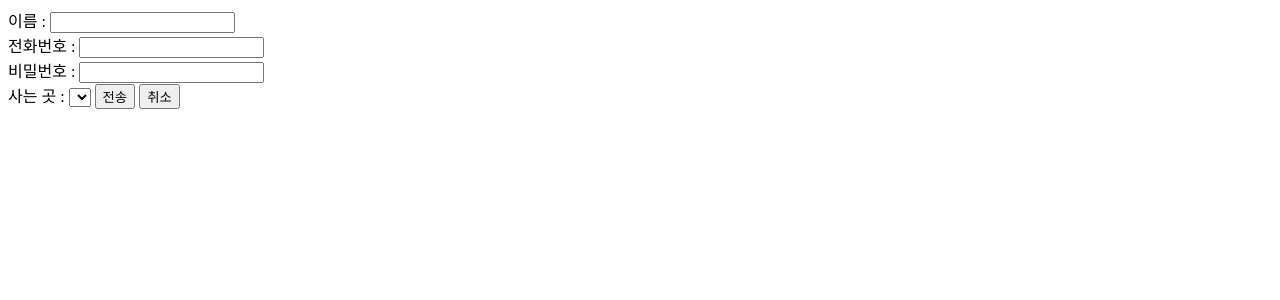
Repository: sungeunbyeol/Nowon-ezen-jsp
Page: test/WebContent/test10.html
An editor plug-in stored every save of this project. The page is shown before and after the next save, followed by the edit.
The browser window is 1280 px wide. The pictures show the whole page.

Above is the page before, as saved 2021-11-02 06:11:56.

### test/WebContent/test10.html
<!DOCTYPE html>
<html>
<head>
<meta charset="EUC-KR">
<title>Insert title here</title>
</head>
<body>
	<form name="f" action="result.jsp" method="post">
		이름 : <input type="text" name="name"><br>
		전화번호 : <input type="text" name="tel"><br>
		비밀번호 : <input type="password" name="pwd"><br>
		사는 곳 : <select name="addr">
			<option value="seoul">
		</select>
		<input type="submit" value="전송">
		<input type="reset" value="취소">
	</form>
</body>
</html>

After the next save:
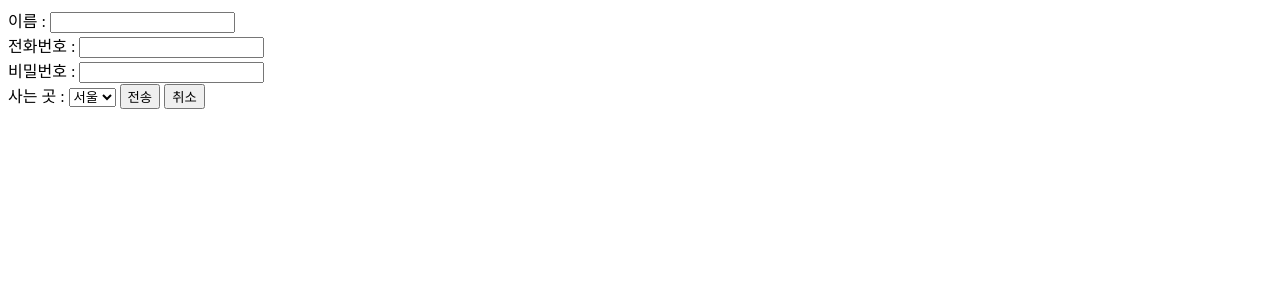
Saved 35 s later.
--- a/test/WebContent/test10.html
+++ b/test/WebContent/test10.html
@@ -10,7 +10,9 @@
 		전화번호 : <input type="text" name="tel"><br>
 		비밀번호 : <input type="password" name="pwd"><br>
 		사는 곳 : <select name="addr">
-			<option value="seoul">
+			<option value="seoul">서울</option>
+			<option value="busan">부산</option>
+			<option value="daegu">대구</option>
 		</select>
 		<input type="submit" value="전송">
 		<input type="reset" value="취소">
